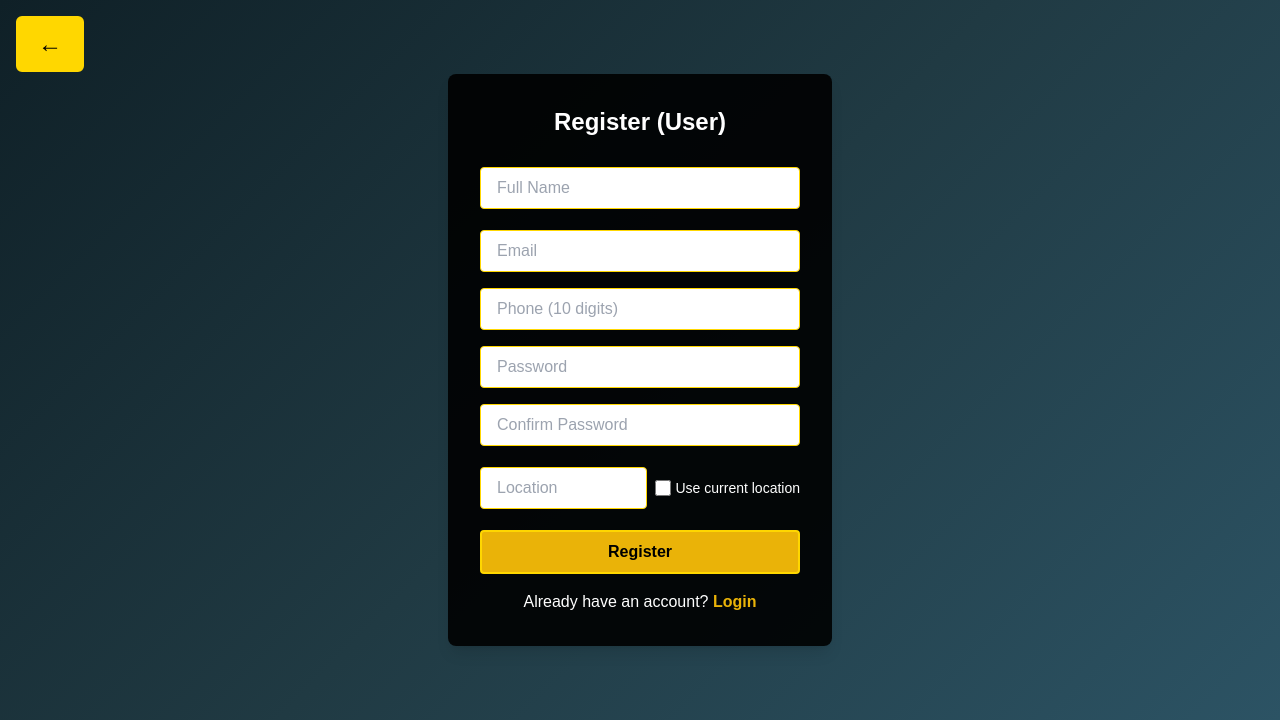
Repository: TenetiSrujana/SPOTnSORT
Page: /register (app in frontend/)
These files come from the project's save history. The page is drawn as it stood at one moment and after the next save; the edit follows.
The browser window is 1280 px wide. The pictures show the whole page.
Some web libraries are served in a nearby version. The project was rebuilt for these pictures with package versions that can differ from the ones it lists, and the page was loaded fresh each time. Also part of the build but not shown: frontend/src/components/PrivateRoute.jsx, frontend/src/pages/Landing.jsx, frontend/src/components/BubbleLayout.jsx, frontend/src/pages/Auth/Login.jsx, frontend/src/pages/User/UserHome.jsx, frontend/src/pages/User/ReportForm.jsx, frontend/src/pages/User/UserMap.jsx, frontend/src/pages/User/UserAnalysis.jsx and 6 more.

Above is the page before, as saved 2025-10-23 18:14:37.

After the next save:
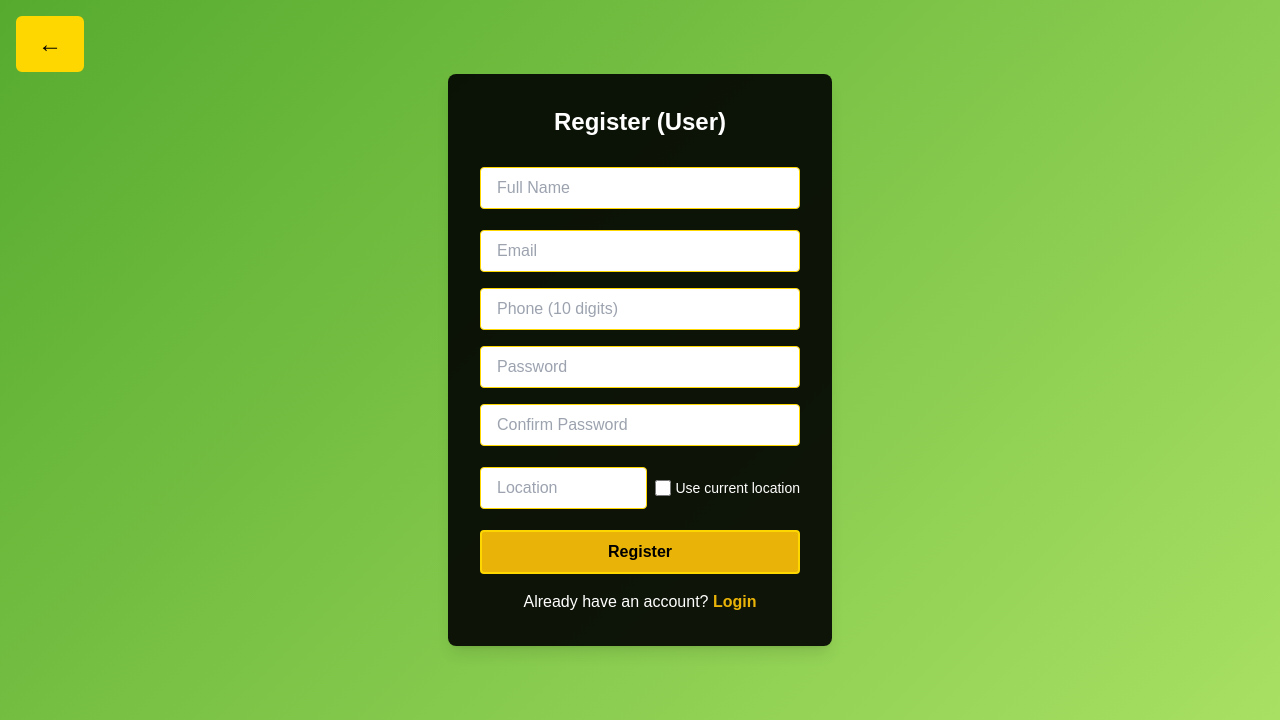
Saved 16 s later.
--- a/frontend/src/components/BubblesBackground.jsx
+++ b/frontend/src/components/BubblesBackground.jsx
@@ -6,7 +6,7 @@ const BubblesBackground = () => {
     <div
       className="fixed inset-0 -z-10"
       style={{
-        background: "linear-gradient(135deg, #0f2027, #203a43, #2c5364)",
+        background: "linear-gradient(135deg, #56ab2f, #a8e063)",
         backgroundSize: "cover",
         minHeight: "100vh",
         width: "100%",
